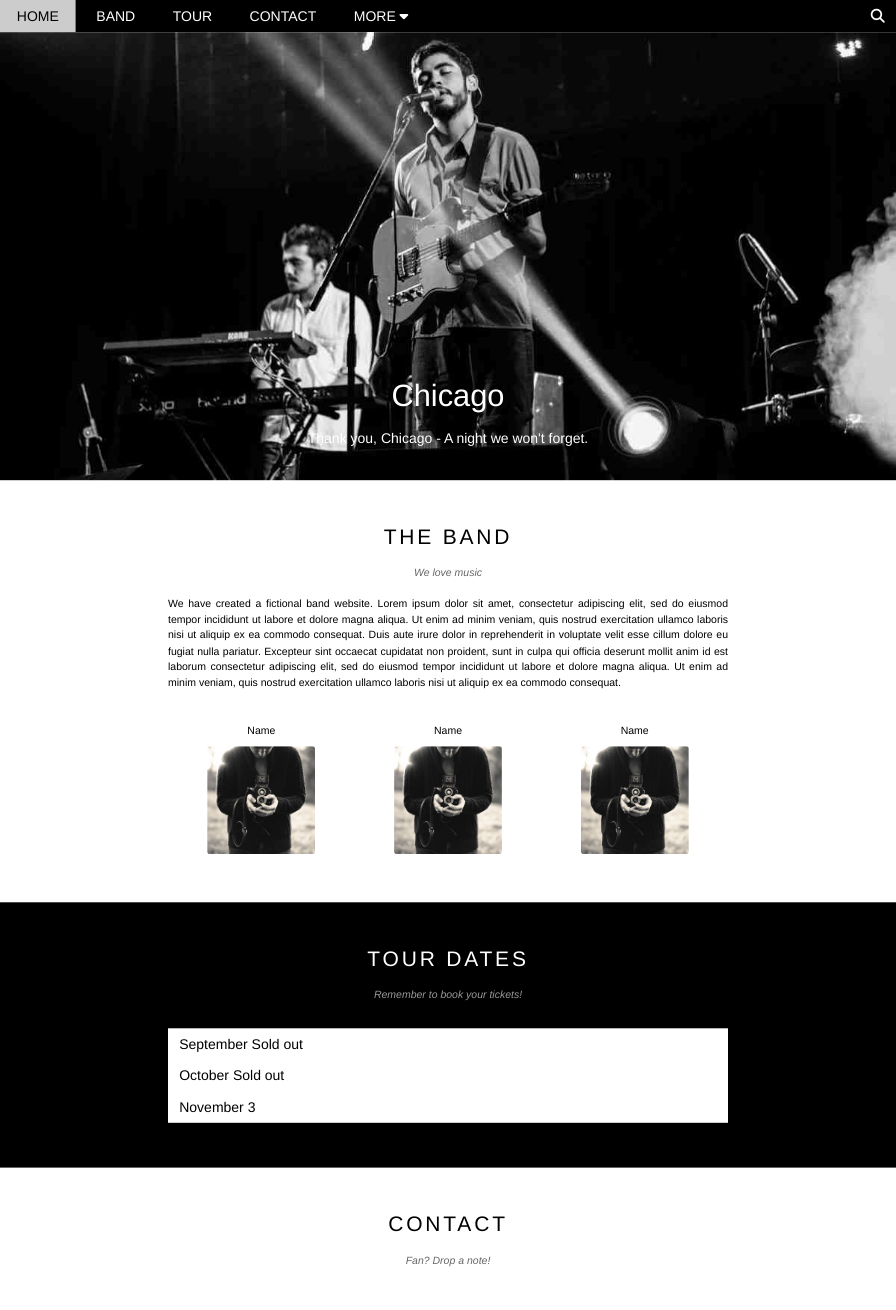
Repository: nugort/nugort.github.io
Page: f8/the-band/index.html
The author's editor kept a copy of each file at every save. The page is drawn from the files as they stood at one save, then again after the next save.
The browser window is 1280 px wide. The pictures show the whole page, at 70% of full size.
Some web libraries are served in a nearby version.

Above is the page before, as saved 2022-02-08 04:29:50.

After the next save:
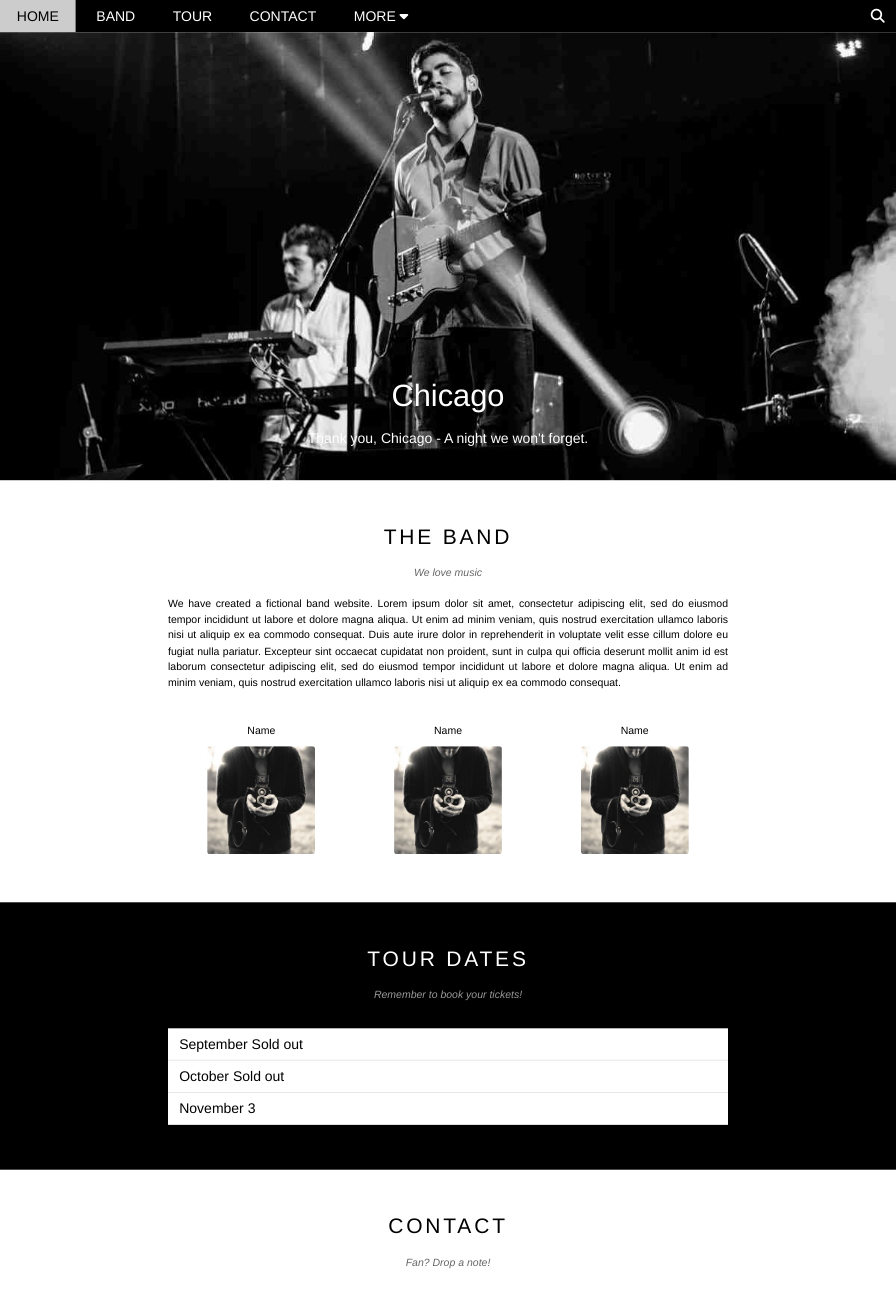
Saved 36 s later.
--- a/f8/the-band/assets/css/styles.css
+++ b/f8/the-band/assets/css/styles.css
@@ -288,6 +288,7 @@ Chiếc web này gồm
 .tickets-list li {
     font: 15px;
     padding: 11px 16px;
+    border-bottom: 1px solid #DDD;
 }
 
 .tickets-list .sold-out {
